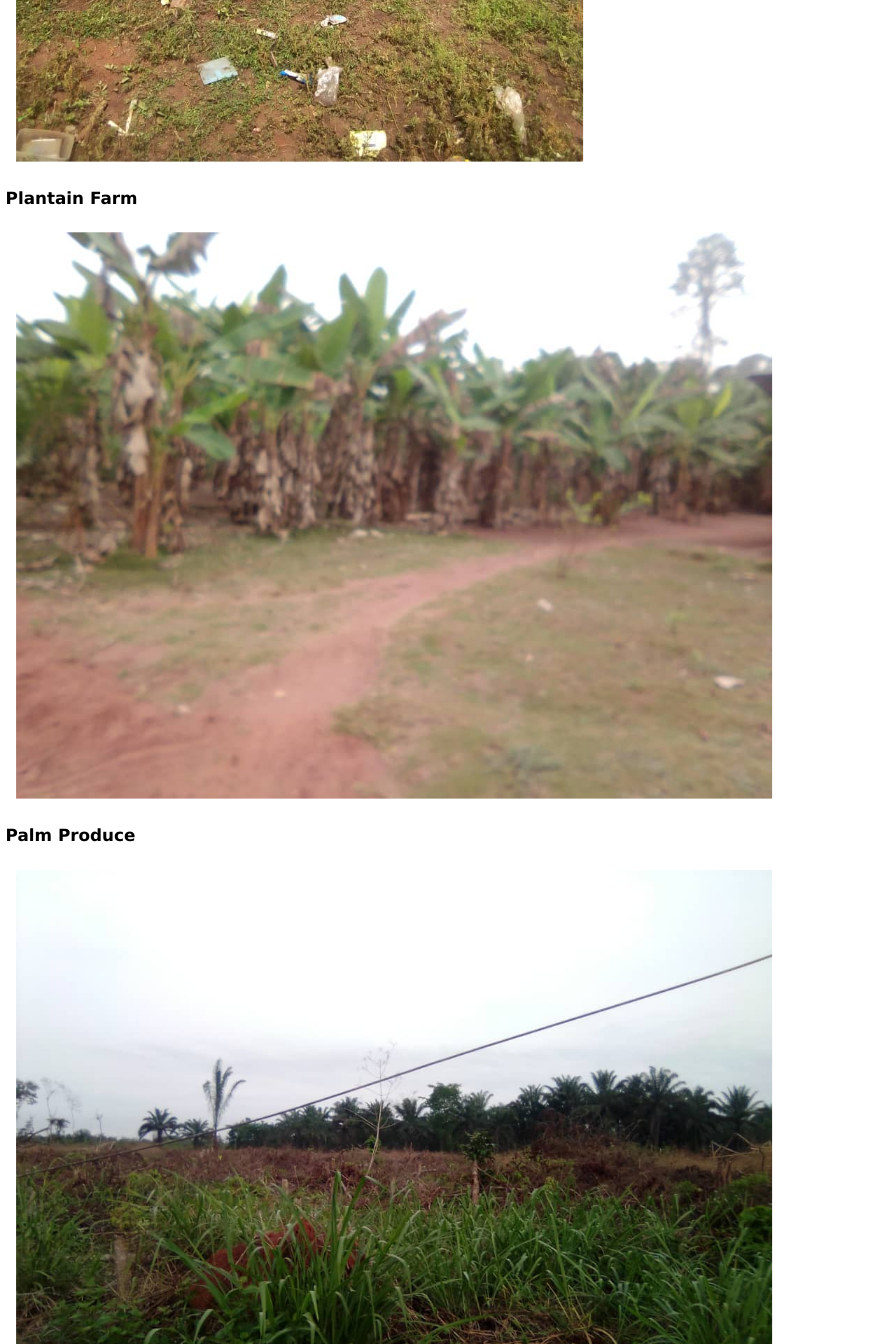
Repository: OtasowieRotimiOsifo/oheze-naka-forum
Page: projects_update_info.html
These files come from the project's save history. The page is drawn as it stood at one moment and after the next save; the edit follows.
The browser window is 1280 px wide. The pictures show the part of the page from y = 1257 to 3177 px (the page is 7890 px tall before and 1583 px after), at 70% of full size.

Above is the page before, as saved 2021-07-23 23:34:35.

After the next save:
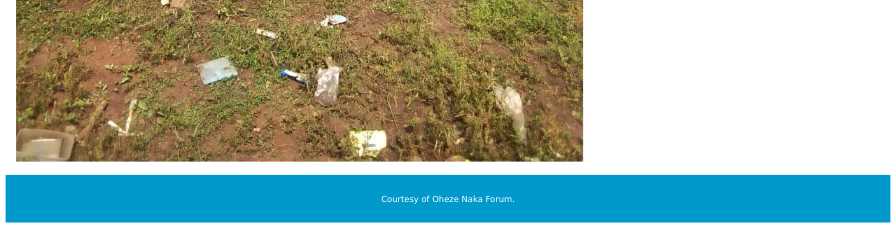
Saved 80 s later.
--- a/projects_update_info.html
+++ b/projects_update_info.html
@@ -125,47 +125,7 @@ html {
       <img src="project_updates/ground-preparation.jpeg"/>
   </div>
   </div>
-  <div class="row">
-    <h2>Plantain Farm</h2>
-    <div  class="col-12 col-s-12">
-      <img src="img/plantain-farm2.jpg"/>
-  </div>
-  </div>
-  <div class="row">
-    <h2>Palm Produce</h2>
-    <div  class="col-12 col-s-12">
-      <img src="img/palm-produce.jpeg"/>
-  </div>
-  </div>
-  <div class="row">
-    <h2>Gari Production from Cassava</h2>
-    <div  class="col-12 col-s-12">
-      <img src="img/gari-production.jpg"/>
-  </div>
-  </div>
-  <div class="row">
-    <h2>Yam Production</h2>
-    <div  class="col-12 col-s-12">
-      <img src="img/yam-production.jpeg"/>
-  </div>
-  </div>
-  <div class="row">
-    <h2>Wood for Fuel</h2>
-    <div  class="col-12 col-s-12">
-      <img src="img/woods.jpg"/>
-  </div>
-  </div>
-  <div class="row">
-    <h2>Farm land left to fallow through shifting cultivation</h2>
-    <div  class="col-12 col-s-12">
-      <img src="img/forest-2.jpg"/>
-  </div>
-</div>
-  <div class="row">
-    <div  class="col-12 col-s-12">
-    <img src="img/green-environment.jpg"/>
-</div>
-  </div>
+
 <div class="footer">
   <p>Courtesy of Oheze Naka Forum.</p>
 </div>
